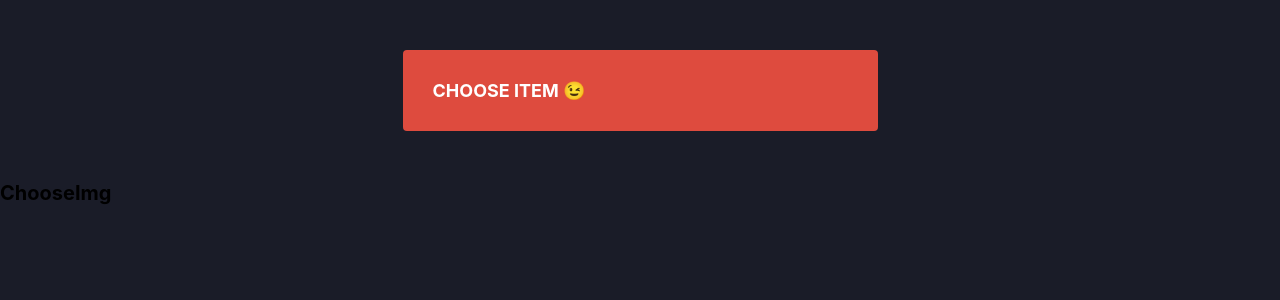
Repository: fdhhhdjd/React-Witth-Framer-Motion
Page: /
The author's editor kept a copy of each file at every save. The page is drawn from the files as they stood at one save, then again after the next save.
The browser window is 1280 px wide. The pictures show the whole page.
The project was rebuilt for these pictures with package versions that can differ from the ones it lists, and the page was loaded fresh each time. Also part of the build but not shown: src/App.css.

Above is the page before, as saved 2021-10-11 20:19:04.

### src/App.js
import logo from "./logo.svg";
import "./App.css";
import { Switch, BrowserRouter, Route } from "react-router-dom";
import { Dropdown, ChooseImg } from "./Import/Index";
function App() {
  return (
    <BrowserRouter>
      <Dropdown />
      <Switch>
        <Route exact path="/" component={ChooseImg} />
      </Switch>
    </BrowserRouter>
  );
}

export default App;

### src/Import/Index.js
export { default as Dropdown } from "../Page/Dropdown/Dropdown";
export { default as ChooseImg } from "../Component/ChooseImg/ChooseImg";

### src/Page/Dropdown/Dropdown.js
import React, { useState } from "react";
import "./Dropdown.css";
const Dropdown = () => {
  const [select, setSelect] = useState("Choose Item 😉 ");
  return (
    <div class="dropdown">
      <div class="dropdown__select">
        <span class="dropdown__selected">{select}</span>
      </div>
      <ul class="dropdown__list">
        <li class="dropdown__item">
          <span class="dropdown__text"></span>
        </li>
      </ul>
    </div>
  );
};

export default Dropdown;

### src/Component/ChooseImg/ChooseImg.js
import React from "react";

const ChooseImg = () => {
  return (
    <div>
      <h1>ChooseImg</h1>
    </div>
  );
};

export default ChooseImg;

### src/Page/Dropdown/Dropdown.css
html {
    font-size: 62.5%;
    font-family: "Poppins", sans-serif;
    background-color: #1a1c28;
  }
  * {
    box-sizing: border-box;
  }
  :root {
    --primary: #de4b3e;
    --secondary: #c74237;
  }
  .dropdown {
    width: 100%;
    max-width: 47.5rem;
    margin: 5rem auto;
    position: relative;
    color: white;
    text-transform: uppercase;
    font-size: 1.8rem;
    font-weight: bold;
    border-radius: 4px;
  }
  .dropdown__select {
    border-radius: inherit;
  }
  .dropdown__list {
    margin-top: 2.5rem;
    position: absolute;
    top: 100%;
    left: 0;
    right: 0;
    display: none;
  }
  .dropdown__list:before {
    content: "";
    height: 2.5rem;
    position: absolute;
    left: 0;
    right: 0;
    background-color: transparent;
    transform: translateY(-100%);
  }
  .dropdown:hover .dropdown__list {
    display: block;
  }
  .dropdown__select,
  .dropdown__item {
    width: 100%;
    padding: 3rem;
    background-color: var(--primary);
    display: flex;
    align-items: center;
    justify-content: space-between;
    cursor: pointer;
  }
  .dropdown__item {
    transition: background-color 0.2s linear;
  }
  .dropdown__item:first-child {
    border-radius: 4px 4px 0 0;
    position: relative;
  }
  .dropdown__item:first-child:before {
    content: "";
    position: absolute;
    top: 0;
    left: 3rem;
    border-left: 10px solid transparent;
    border-right: 10px solid transparent;
    border-bottom: 10px solid var(--primary);
    transform: translateY(-100%);
    transition: border-color 0.2s linear;
  }
  .dropdown__item:first-child:hover:before {
    border-bottom-color: var(--secondary);
  }
  .dropdown__item:last-child {
    border-radius: 0 0 4px 4px;
  }
  .dropdown__item:hover {
    background-color: var(--secondary);
  }

Loaded but not shown: public/index.html (common file); src/index.js (common file); src/index.css (common file); src/reportWebVitals.js (common file)

After the next save:
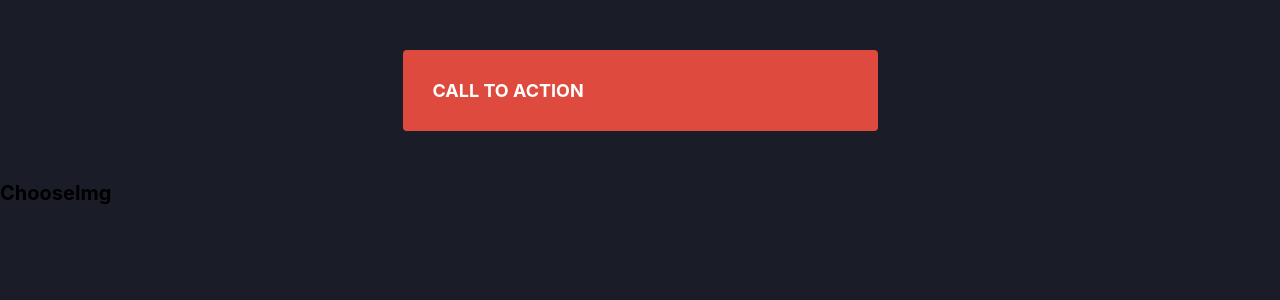
Saved 28 s later.
--- a/src/Page/Dropdown/Dropdown.js
+++ b/src/Page/Dropdown/Dropdown.js
@@ -5,11 +5,25 @@ const Dropdown = () => {
   return (
     <div class="dropdown">
       <div class="dropdown__select">
-        <span class="dropdown__selected">{select}</span>
+        <span class="dropdown__selected">Call to action</span>
+        <i class="fa fa-caret-down dropdown__caret"></i>
       </div>
       <ul class="dropdown__list">
         <li class="dropdown__item">
-          <span class="dropdown__text"></span>
+          <span class="dropdown__text">New project</span>
+          <i class="fa fa-plus-circle dropdown__icon"></i>
+        </li>
+        <li class="dropdown__item">
+          <span class="dropdown__text">View profile</span>
+          <i class="fa fa-user dropdown__icon"></i>
+        </li>
+        <li class="dropdown__item">
+          <span class="dropdown__text">Settings</span>
+          <i class="fa fa-cog dropdown__icon"></i>
+        </li>
+        <li class="dropdown__item">
+          <span class="dropdown__text">Logout</span>
+          <i class="fa fa-circle dropdown__icon"></i>
         </li>
       </ul>
     </div>
